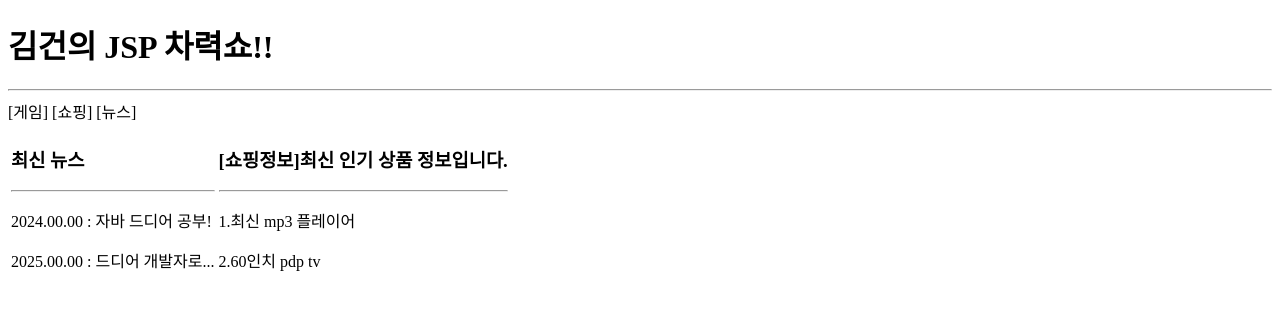
Repository: BancaKim/teamproject4
Page: http://localhost/JspDay2/TheMain.jsp
An editor plug-in stored every save of this project. The page is shown before and after the next save, followed by the edit.
The browser window is 1280 px wide. The pictures show the whole page.
The page is served by Tomcat 9.

Above is the page before, as saved 2024-04-30 05:36:03.

After the next save:
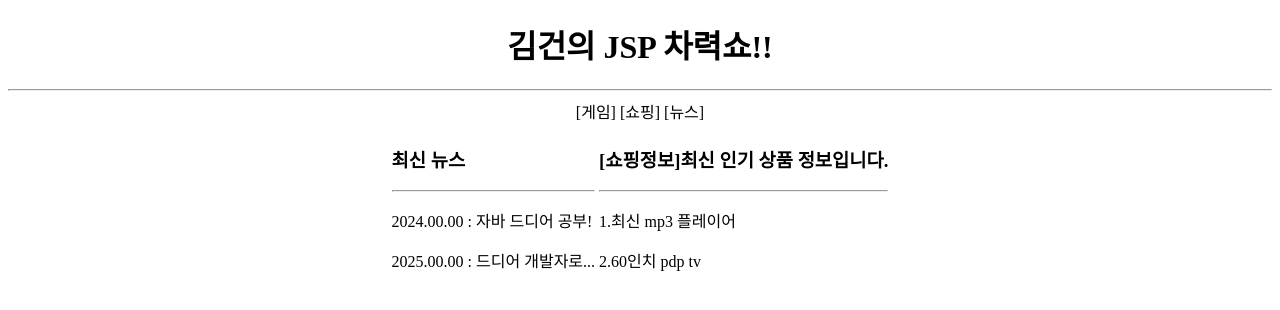
Saved 107 s later.
--- a/JspDay2/src/main/webapp/TheMain.jsp
+++ b/JspDay2/src/main/webapp/TheMain.jsp
@@ -7,19 +7,19 @@
 <title>JSP 예제</title>
 </head>
 <body>
-<h1>김건의 JSP 차력쇼!!</h1>
-<hr>
-<div>
-	<%@ include file="TheBar.jsp" %>
-</div>
+<center>
+	<h1>김건의 JSP 차력쇼!!</h1>
+	<hr>
+	<div>
+		<%@ include file="TheBar.jsp" %>
+	</div>
 
-<table>
-<tr>
-<td>	<%@ include file="TheBody1.jsp" %></td>
-<td>	<%@ include file="TheBody2.jsp" %></td>
-</tr>
-</table>
-
-</div>
+	<table>
+	<tr>
+	<td>	<%@ include file="TheBody1.jsp" %></td>
+	<td>	<%@ include file="TheBody2.jsp" %></td>
+	</tr>
+	</table>
+</center>
 </body>
 </html>
